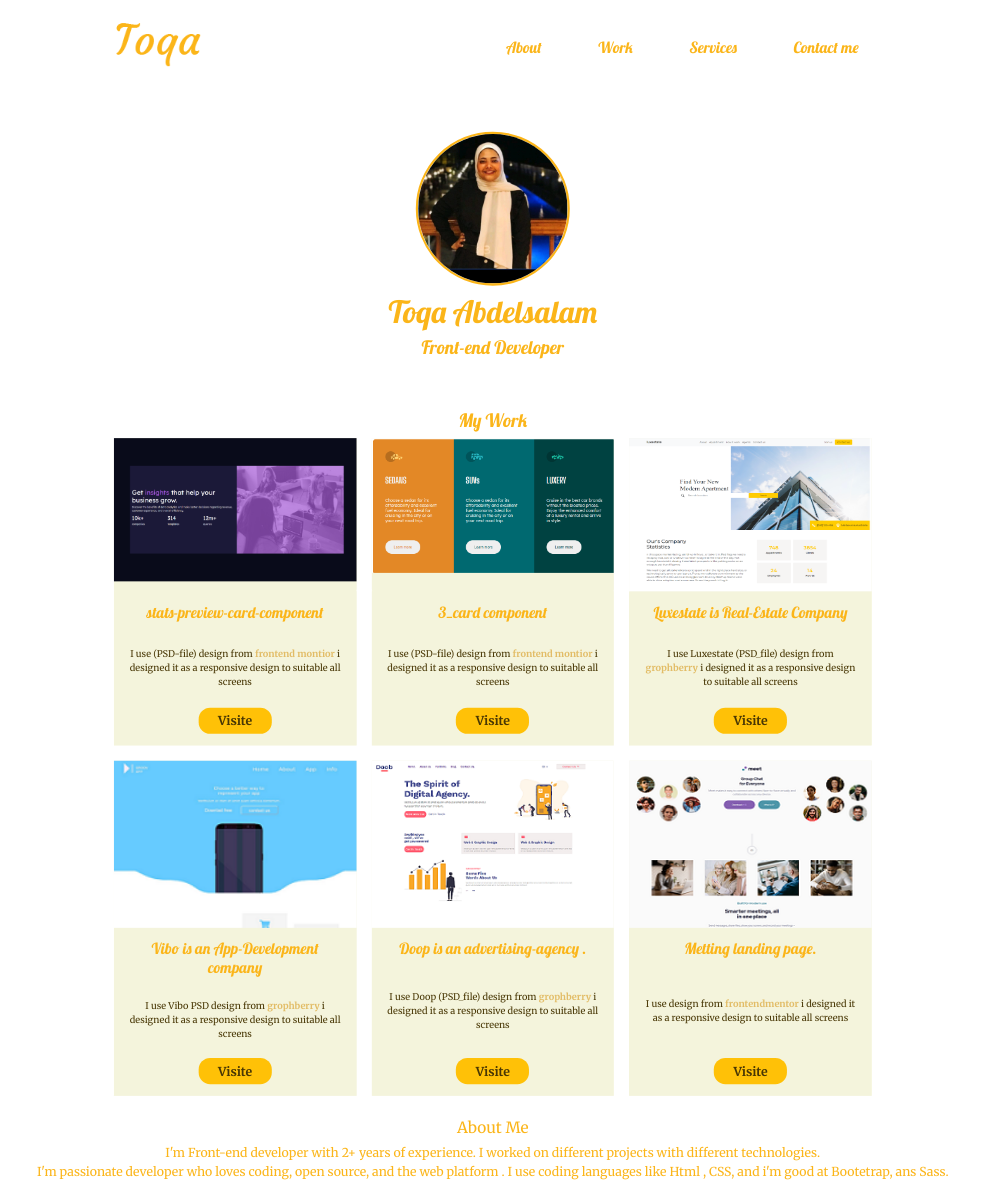
Repository: Toqa-25/portfolio
Page: index.html
An editor plug-in stored every save of this project. The page is shown before and after the next save, followed by the edit.
The browser window is 1280 px wide. The pictures show the whole page, at 77% of full size.
Some web fonts or font styles are not loaded; a fallback is used.

Above is the page before, as saved 2021-11-01 02:22:28.

After the next save:
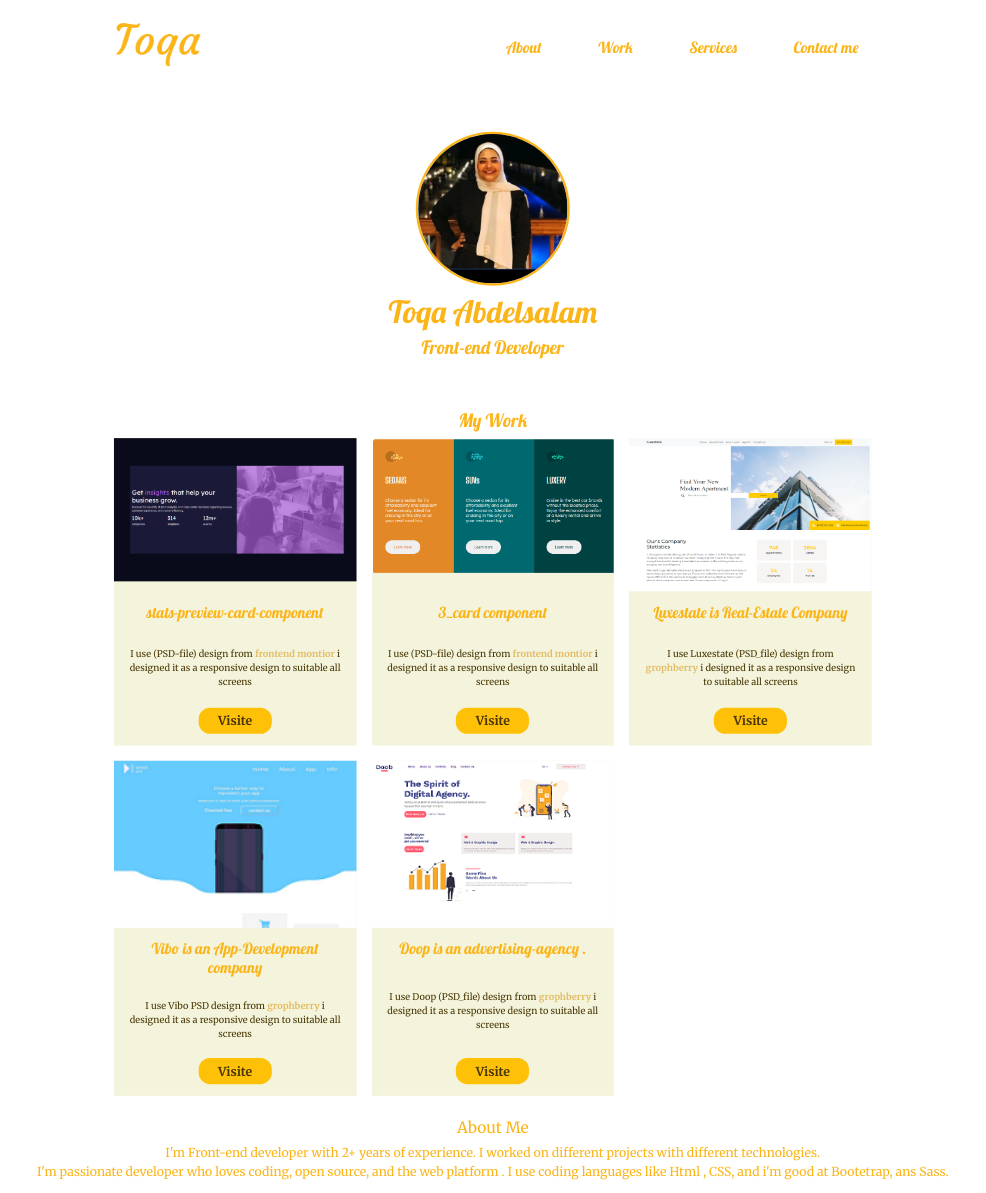
Saved 11 s later.
--- a/index.html
+++ b/index.html
@@ -133,7 +133,7 @@
       <button class="card-button"><a href="https://toqa-25.github.io/simply-agency/">Visite</a></button>
         </div>
      </div>
-      <div class="work-card" role="menu">
+      <!-- <div class="work-card" role="menu">
         <div class="card-img">
           <img src="images/my-work/landing-meeting-page/toqa-25.github.io_landing-meeting-page_desktop.png" alt="">
         </div>
@@ -144,7 +144,7 @@
          </p>
       <button class="card-button"><a href="https://toqa-25.github.io/landing-meeting-page/">Visite</a></button>
         </div>
-     </div>
+     </div> -->
       <!--
 
 

After the save that followed:
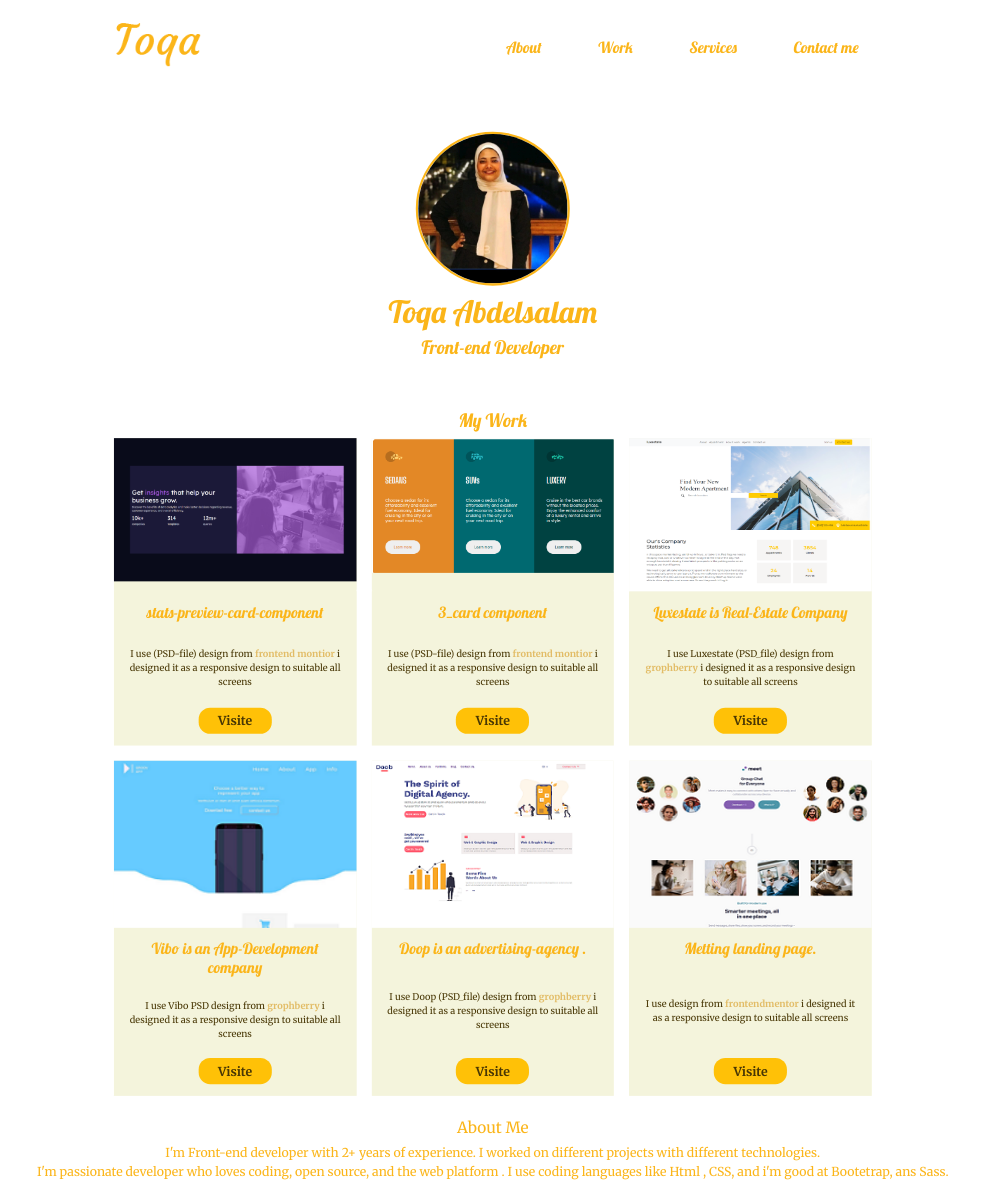
Saved 3 min 3 s later.
--- a/index.html
+++ b/index.html
@@ -145,6 +145,18 @@
       <button class="card-button"><a href="https://toqa-25.github.io/landing-meeting-page/">Visite</a></button>
         </div>
      </div> -->
+      <div class="work-card" role="menu">
+        <div class="card-img">
+          <img src="images/my-work/landing-meeting-page/toqa-25.github.io_landing-meeting-page_desktop.png" alt="">
+        </div>
+        <div class="card-info">
+          <h5 class="card-title">Metting landing page.</h5>
+          <p class="card-info-text doop-text">I use  design from <span> <a href="https://www.frontendmentor.io/">frontendmentor</a></span>
+i designed it as a responsive design to suitable all screens <br>
+         </p>
+      <button class="card-button"><a href="https://toqa-25.github.io/landing-meeting-page/">Visite</a></button>
+        </div>
+     </div>
       <!--
 
 
